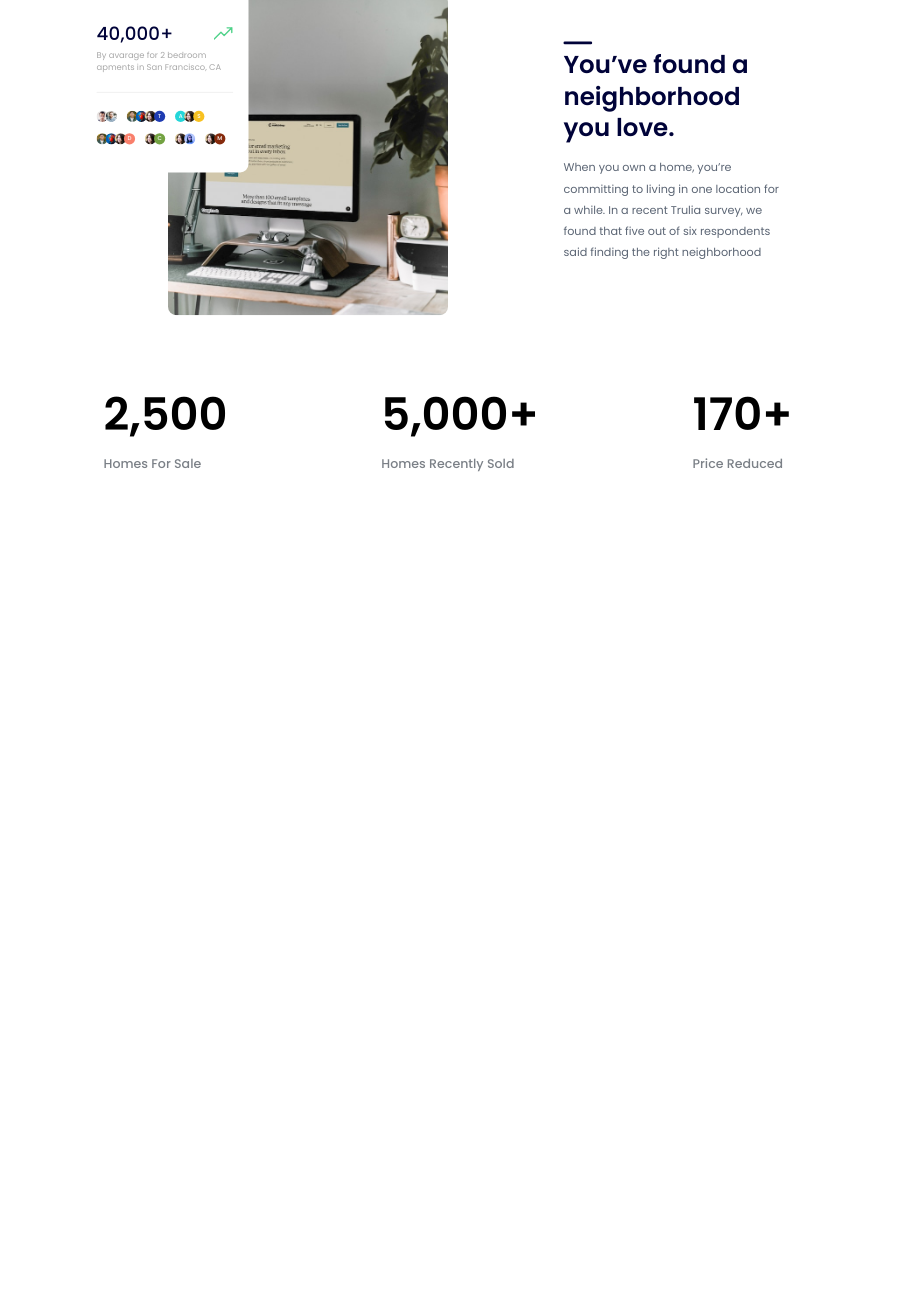
Repository: empty24062002/f8-htmlcss-01
Page: index.html
The author's editor kept a copy of each file at every save. The page is drawn from the files as they stood at one save, then again after the next save.
The browser window is 1280 px wide. The page is 1295 px wide, so the pictures cover 1295 px, including what lies to the right of the window. The pictures show the part of the page from y = 2746 to 4626 px (the page is 10000 px tall), at 70% of full size.

Above is the page before, as saved 2023-07-13 11:49:02.

After the next save:
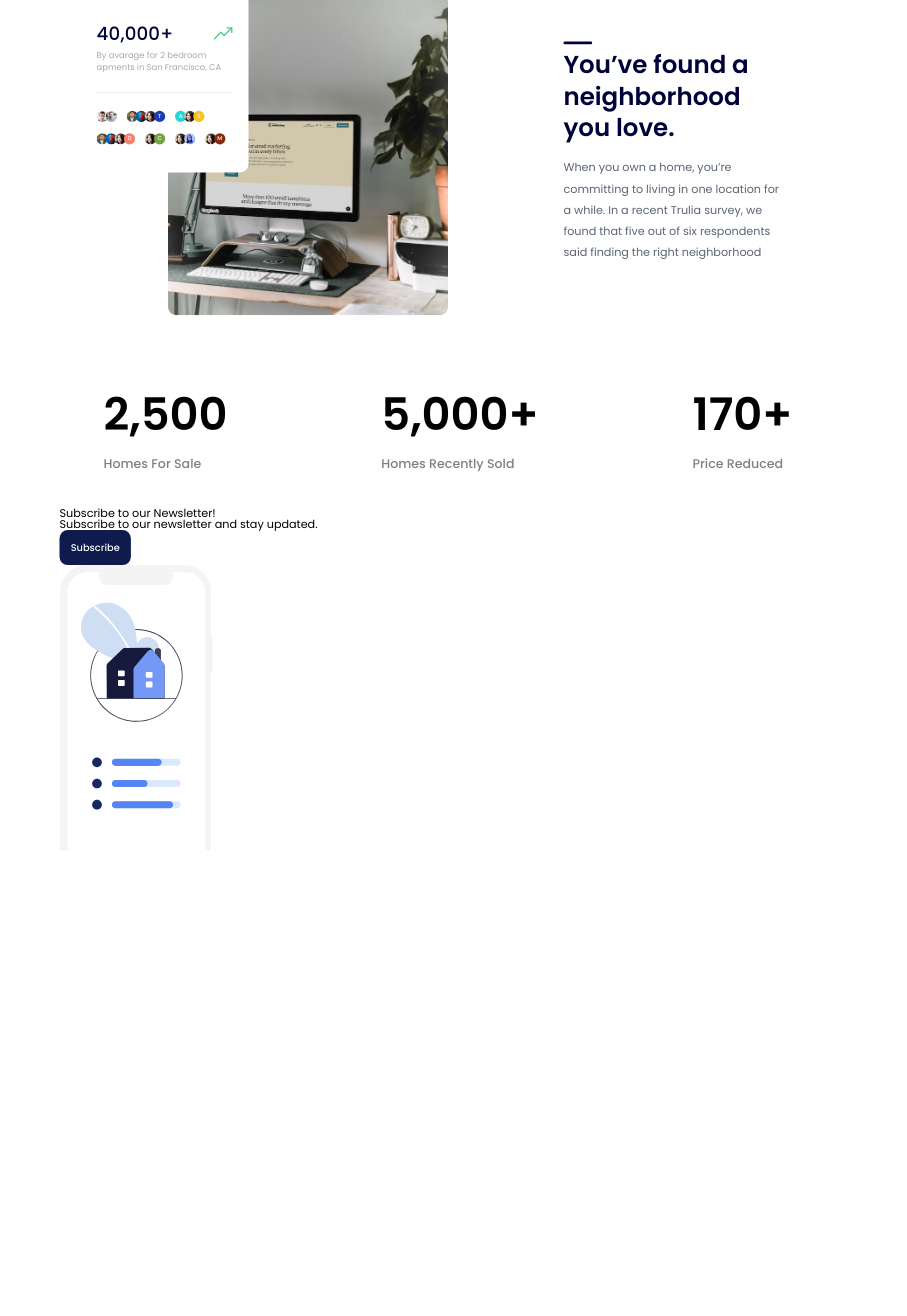
Saved 3 h 36 min later.
--- a/index.html
+++ b/index.html
@@ -474,6 +474,28 @@
                     </div>
                 </div>
             </div>
+
+            <!-- Subscription -->
+            <div class="subscription">
+                <div class="content">
+                    <div class="body">
+                        <div class="info">
+                            <h2 class="sub-title">
+                                Subscribe to our Newsletter!
+                            </h2>
+                            <p class="desc">
+                                Subscribe to our newsletter and stay updated.
+                            </p>
+                            <a href="#!" class="btn">Subscribe</a>
+                        </div>
+                        <img
+                            src="./assets/img/newletter.svg"
+                            alt=""
+                            class="image"
+                        />
+                    </div>
+                </div>
+            </div>
         </main>
     </body>
 </html>
